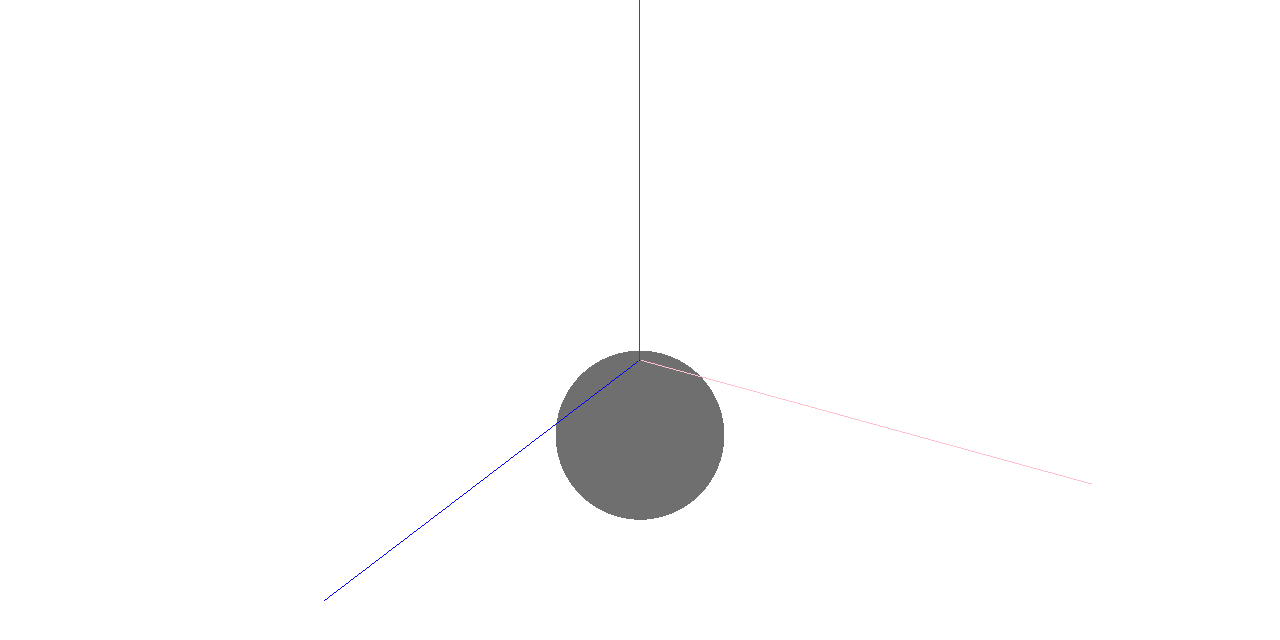
Repository: haoxiangdong/solor_threejs_vue2
Page: /
An editor plug-in stored every save of this project. The page is shown before and after the next save, followed by the edit.
The browser window is 1280 px wide. The pictures show the whole page.
The project was rebuilt for these pictures with package versions that can differ from the ones it lists, and the page was loaded fresh each time.

Above is the page before, as saved 2023-02-21 15:23:57.

### src/plugins/axios.js
import Vue from 'vue';
import axios from "axios";

// Full config:  https://github.com/axios/axios#request-config
// axios.defaults.baseURL = process.env.baseURL || process.env.apiUrl || '';
// axios.defaults.headers.common['Authorization'] = AUTH_TOKEN;
// axios.defaults.headers.post['Content-Type'] = 'application/x-www-form-urlencoded';

let config = {
  // baseURL: process.env.baseURL || process.env.apiUrl || ""
  // timeout: 60 * 1000, // Timeout
  // withCredentials: true, // Check cross-site Access-Control
};

const _axios = axios.create(config);

_axios.interceptors.request.use(
  function(config) {
    // Do something before request is sent
    return config;
  },
  function(error) {
    // Do something with request error
    return Promise.reject(error);
  }
);

// Add a response interceptor
_axios.interceptors.response.use(
  function(response) {
    // Do something with response data
    return response;
  },
  function(error) {
    // Do something with response error
    return Promise.reject(error);
  }
);

Plugin.install = function(Vue) {
  Vue.axios = _axios;
  window.axios = _axios;
  Object.defineProperties(Vue.prototype, {
    axios: {
      get() {
        return _axios;
      }
    },
    $axios: {
      get() {
        return _axios;
      }
    },
  });
};

Vue.use(Plugin)

export default Plugin;

### src/App.vue
<template>
  <div id="app">
    <Home></Home>
  </div>
</template>

<script>
import Home from './views/Home.vue'

export default {
  name: 'app',
  components: {
    Home
  }
}
</script>

<style>
#app{
  padding: 0;
  margin: 0;
}
body{
  padding: 0;
  margin: 0;
}
</style>

### src/views/Home.vue
<template>
  <div class="home">
    <ThreeComponent/>
  </div>
</template>

<script>
import ThreeComponent from '@/components/ThreeComponents.vue'

export default {
  name: 'Home',
  components: {
    ThreeComponent
  }
}
</script>
<style>
</style>

### src/components/ThreeComponents.vue
<template>
  <div>
    <div id="container"></div>
  </div>
</template>

<script>
import * as THREE from 'three'
import { OrbitControls } from 'three/examples/jsm/controls/OrbitControls.js'
import earth from '../assets/solar/地球/8k_earth_daymap.jpg'
export default {
  components: {
  },
  data() {
    return {
    }
  },
  mounted() {
    this.init()
  },
  methods: {
    // 初始化
    init() {
      this.createScene() // 创建场景
      this.createMesh() // 创建网格模型
      this.createLight() // 创建光源
      this.createCamera() // 创建相机
      this.createRender() // 创建渲染器
      this.createControls() // 创建控件器
      this.creatAxesHelper()
      this.render() // 渲染

    },
    // 创建场景
    createScene() {
      this.scene = new THREE.Scene()
    },
    // 创建网格模型
    createMesh() {
      const geometry = new THREE.SphereGeometry(50, 200, 200)
      const texture = new THREE.TextureLoader().load(earth)
      const planeMaterial = new THREE.MeshLambertMaterial({
        map:texture
      }) // 材质对象Material
      const plane = new THREE.Mesh(geometry, planeMaterial)
      plane.receiveShadow = true
      // 设置位置
      plane.rotation.x = -0.5 * Math.PI
      plane.position.set(0, -50, 0)
      // plane.
      // 平面对象添加到场景中
      this.scene.add(plane)
    },

    // 创建光源
    createLight() {
      // 环境光
      const ambientLight = new THREE.AmbientLight(0xffffff, 0.8) // 创建环境光
      this.scene.add(ambientLight) // 将环境光添加到场景

      const spotLight = new THREE.SpotLight(0x888888) // 创建聚光灯
      spotLight.position.set(10, 100, 1000)
      this.scene.add(spotLight)
    },
    // 创建相机
    createCamera() {
      const element = document.getElementById('container')
      const width = element.clientWidth // 窗口宽度
      const height = element.clientHeight // 窗口高度
      const k = width / height // 窗口宽高比
      this.camera = new THREE.PerspectiveCamera(35, k, 0.1, 1000)
      this.camera.position.set(300, 300, 500) // 设置相机位置

      this.camera.lookAt(new THREE.Vector3(10, 0, 0)) // 设置相机方向
      this.scene.add(this.camera)
    },
    // 创建渲染器
    createRender() {
      const element = document.getElementById('container')
      this.renderer = new THREE.WebGLRenderer()
      this.renderer.setSize(element.clientWidth, element.clientHeight) // 设置渲染区域尺寸
      this.renderer.shadowMap.enabled = false // 显示阴影
      this.renderer.shadowMap.type = THREE.PCFSoftShadowMap
      this.renderer.setClearColor(0xffffff, 1) // 设置背景颜色
      element.appendChild(this.renderer.domElement)
    },
    creatAxesHelper() {
      const axesHelper = new THREE.AxesHelper(250);
      axesHelper.setColors("pink", "red", "blue")
      this.scene.add(axesHelper);
    },
    render() { //渲染永远在最后执行
      this.renderer.render(this.scene, this.camera)
      requestAnimationFrame(this.render)
    },
    // 创建控件对象
    createControls() {
      this.controls = new OrbitControls(this.camera, this.renderer.domElement) // 控制器固定写法
    }
  }
}
</script>

<style>
#container {
  position: absolute;
  width: 100%;
  height: 100%;
}
</style>

Loaded but not shown: public/index.html (common file); src/main.js (common file); src/router/index.js (common file); src/store/index.js (common file); src/plugins/element.js (common file)

After the next save:
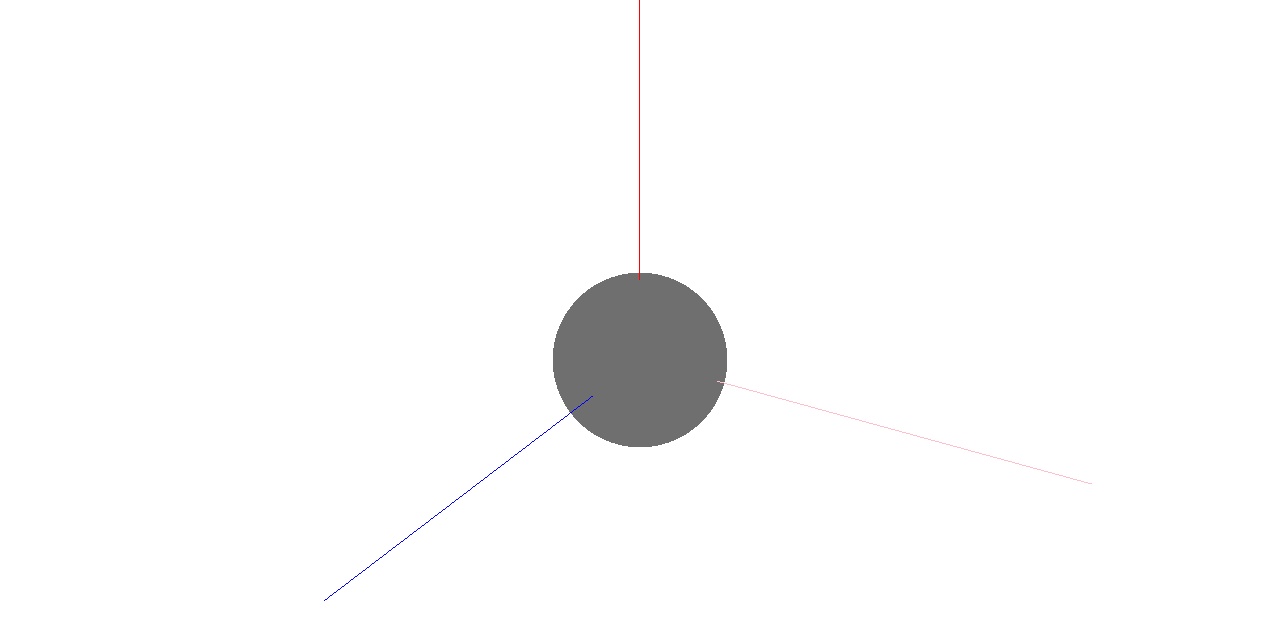
Saved 13 s later.
--- a/src/components/ThreeComponents.vue
+++ b/src/components/ThreeComponents.vue
@@ -46,7 +46,7 @@ export default {
       plane.receiveShadow = true
       // 设置位置
       plane.rotation.x = -0.5 * Math.PI
-      plane.position.set(0, -50, 0)
+      plane.position.set(0, 0, 0)
       // plane.
       // 平面对象添加到场景中
       this.scene.add(plane)
